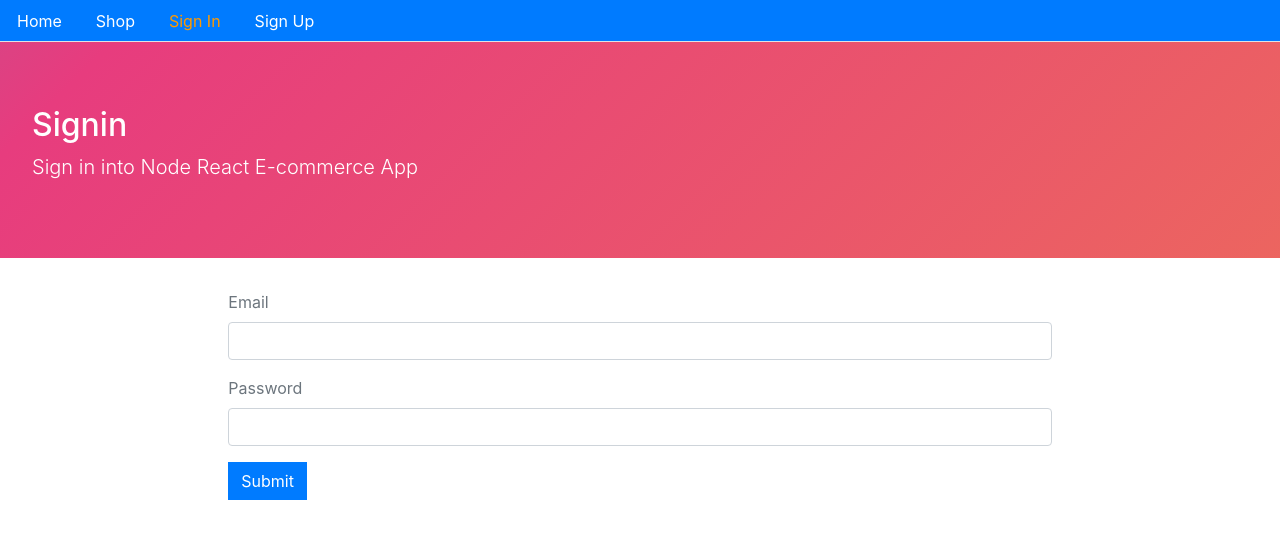
Repository: pragnyatata/Ecommerce
Page: /signin (app in ecommerce-front/)
These files come from the project's save history. The page is drawn as it stood at one moment and after the next save; the edit follows.
The browser window is 1280 px wide. The pictures show the whole page.
The project was rebuilt for these pictures with package versions that can differ from the ones it lists, and the page was loaded fresh each time. Also part of the build but not shown: ecommerce-front/src/user/Signup.js, ecommerce-front/src/core/apiCore.js, ecommerce-front/src/core/ShowImage.js, ecommerce-front/src/core/cartHelpers.js, ecommerce-front/src/core/Card.js, ecommerce-front/src/core/Search.js, ecommerce-front/src/core/Home.js, ecommerce-front/src/auth/PrivateRoute.js and 11 more.

Above is the page before, as saved 2020-01-23 00:01:55.

After the next save:
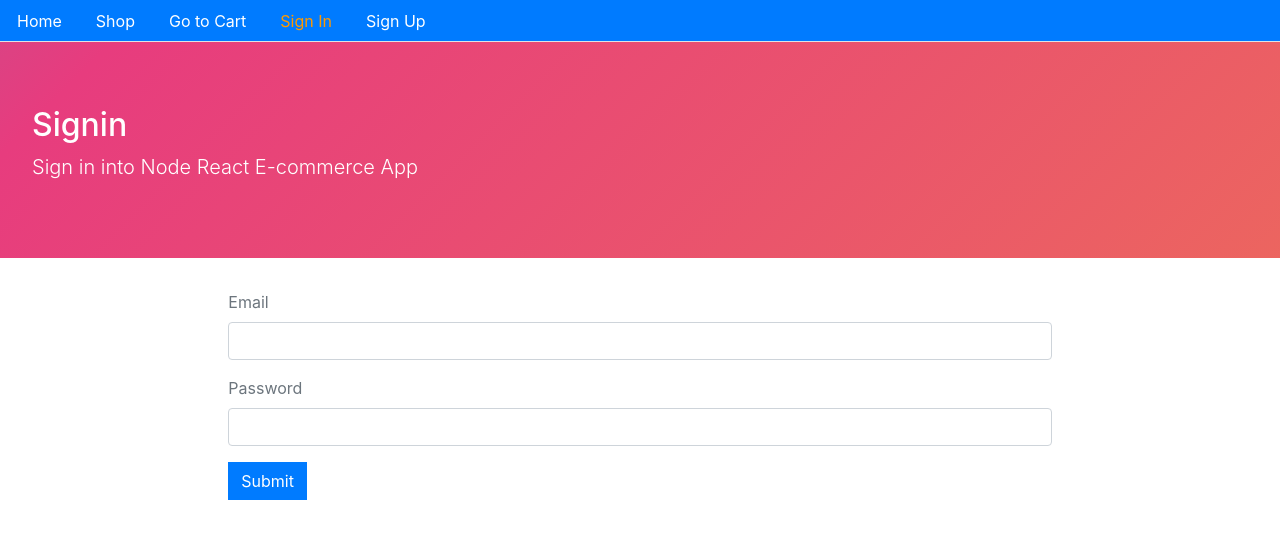
Saved 68 s later.
--- a/ecommerce-front/src/core/Menu.js
+++ b/ecommerce-front/src/core/Menu.js
@@ -23,7 +23,15 @@ const Menu = ({ history }) => (
           Shop
         </Link>
       </li>
-
+      <li className="nav-item">
+        <Link
+          className="nav-link"
+          style={isActive(history, "/cart")}
+          to="/cart"
+        >
+          Go to Cart
+        </Link>
+      </li>
       {!isAuthenticated() && (
         <Fragment>
           <li className="nav-item">
